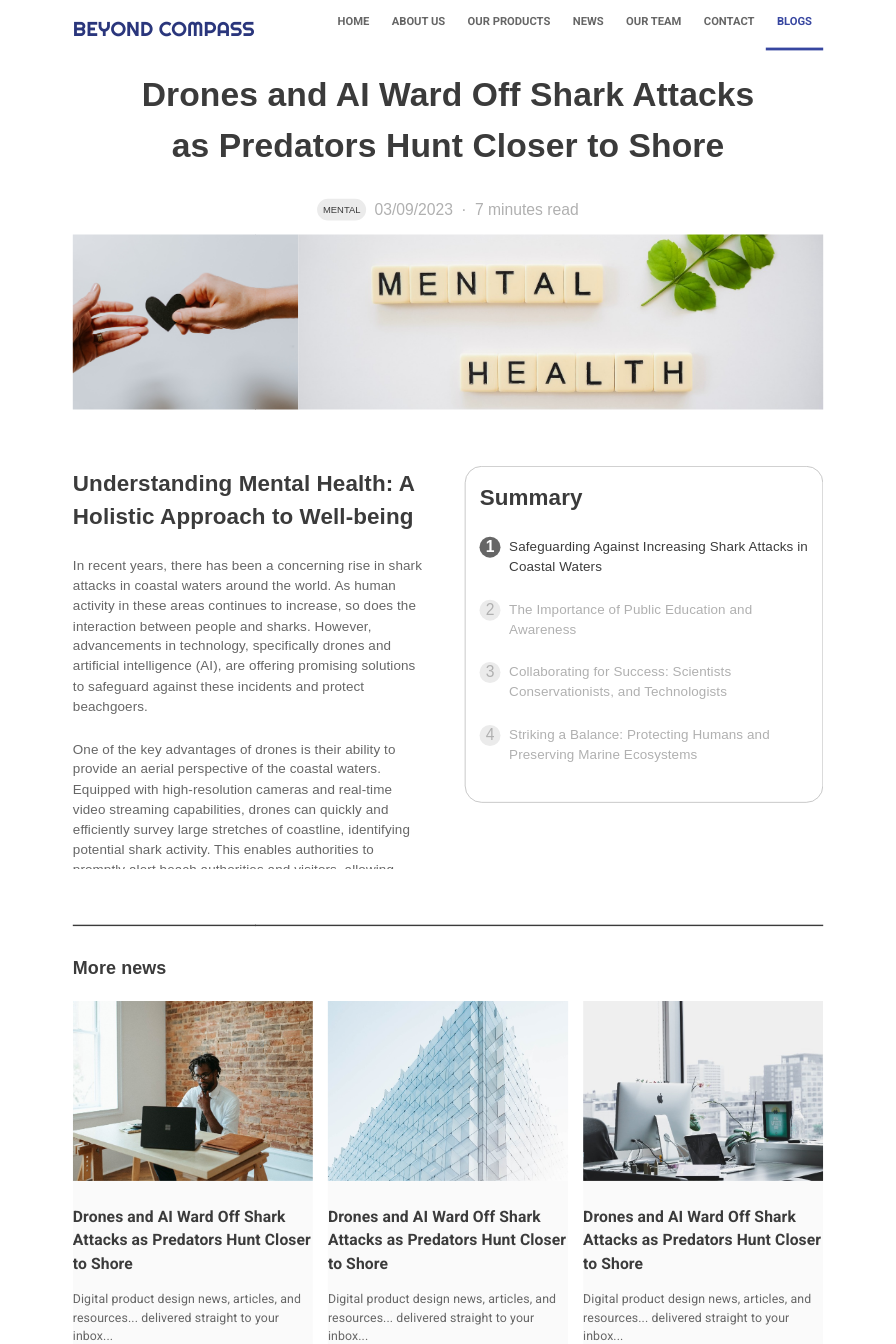
Repository: trunghau06/baitapRn
Page: pages/detailBlogs.html
An editor plug-in stored every save of this project. The page is shown before and after the next save, followed by the edit.
The browser window is 1280 px wide. The pictures show the part of the page from y = 0 to 1920 px (the page is 3177 px tall before and 3367 px after), at 70% of full size.
An inner scrolling area shows only its first screen.

Above is the page before, as saved 2025-10-15 22:17:15.

After the next save:
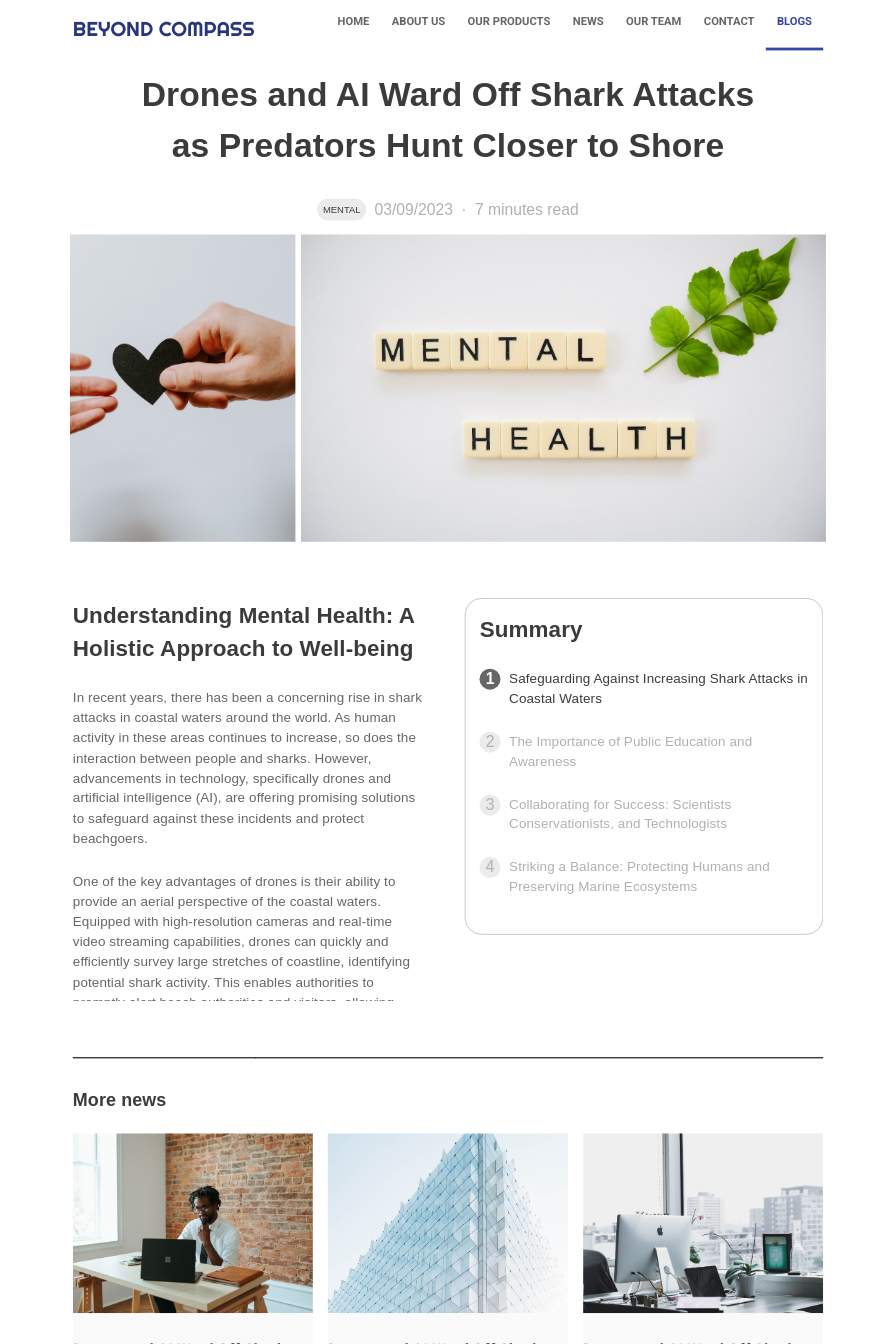
Saved 15 s later.
--- a/style/detailBlogs.css
+++ b/style/detailBlogs.css
@@ -118,11 +118,11 @@ nav {
     display: flex;
     padding: 0 104px;
     justify-content: center;
-
+    gap:  8px;
 }
 
 .image-title img {
-    aspect-ratio: 3/1;
+
     object-fit: cover;
 }
 
